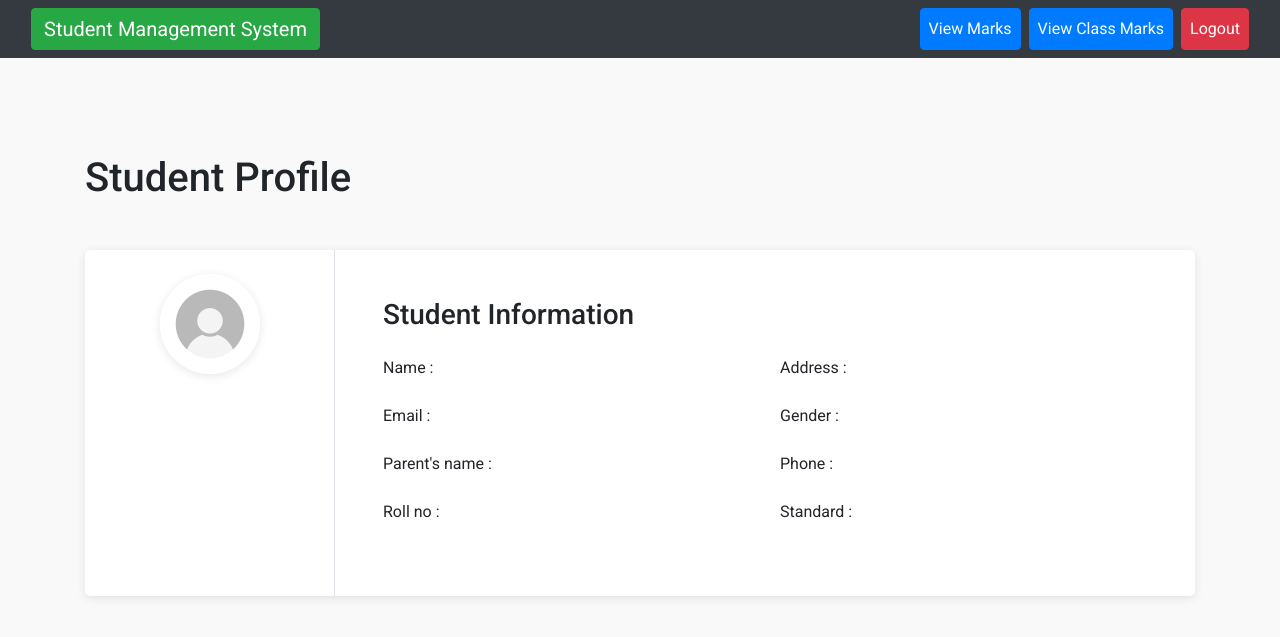
Repository: arupmaji404/StudentManagementSystem
Page: http://localhost/student/studentHome
The author's editor kept a copy of each file at every save. The page is drawn from the files as they stood at one save, then again after the next save.
The browser window is 1280 px wide. The pictures show the whole page.
Some web libraries are served in a nearby version. The page is this project's Thymeleaf template; nobody is signed in. The template is opened directly, without the code that normally fills it, so the values that code supplies are empty.

Above is the page before, as saved 2022-09-21 03:57:00.

### StudentManagementSystem/src/main/resources/templates/student/studentHome.html
<!--
<!DOCTYPE html>
<html lang="en" xmlns:th="http://www.thymeleaf.org">
<head>
<meta charset="ISO-8859-1">
<title>Student Home</title>
<link rel="stylesheet"
    href="https://stackpath.bootstrapcdn.com/bootstrap/4.1.3/css/bootstrap.min.css"
    integrity="sha384-MCw98/SFnGE8fJT3GXwEOngsV7Zt27NXFoaoApmYm81iuXoPkFOJwJ8ERdknLPMO"
    crossorigin="anonymous">
</head>
<body>
<div th:insert="navbar_student :: navbar">  </div>
	<h1>This is student home page</h1>

</body>
</html> -->
<!DOCTYPE html>
<html lang="en" xmlns:th="http://www.thymeleaf.org">
<head>
<meta charset="ISO-8859-1" />
<title>SMS</title>
<link rel="stylesheet"
	href="https://stackpath.bootstrapcdn.com/bootstrap/4.1.3/css/bootstrap.min.css"
	integrity="sha384-MCw98/SFnGE8fJT3GXwEOngsV7Zt27NXFoaoApmYm81iuXoPkFOJwJ8ERdknLPMO"
	crossorigin="anonymous" />
<link rel="stylesheet" type="text/css"
	href="https://stackpath.bootstrapcdn.com/bootstrap/4.3.1/css/bootstrap.min.css">
<link rel="stylesheet"
	href="https://stackpath.bootstrapcdn.com/font-awesome/4.7.0/css/font-awesome.min.css">
<style>
@import
	url("https://fonts.googleapis.com/css?family=Roboto:300,400,500,700&display=swap")
	;

body {
	background: #f9f9f9;
	font-family: "Roboto", sans-serif;
}

.shadow {
	box-shadow: 0 2px 10px rgba(0, 0, 0, 0.1) !important;
}

.profile-tab-nav {
	min-width: 250px;
}

.tab-content {
	flex: 1;
}

.form-group {
	margin-bottom: 1.5rem;
}

.nav-pills a.nav-link {
	padding: 15px 20px;
	border-bottom: 1px solid #ddd;
	border-radius: 0;
	color: #333;
}

.nav-pills a.nav-link i {
	width: 20px;
}

.img-circle img {
	height: 100px;
	width: 100px;
	border-radius: 100%;
	border: 5px solid #fff;
}
</style>
</head>
<body>
	<div th:insert="navbar_student :: navbar"></div>
	<section class="py-5 my-5">
		<div class="container">
			<h1 class="mb-5">Student Profile</h1>
			<div class="bg-white shadow rounded-lg d-block d-sm-flex">
				<div class="profile-tab-nav border-right">
					<div class="p-4">
						<div class="img-circle text-center mb-3">
							<img th:src="@{/img/profileImg.jpg}" alt="Image" class="shadow">
						</div>
						<h4 class="text-center" th:text="${student.name}"></h4>
					</div>

				</div>
				<div class="tab-content p-4 p-md-5" id="v-pills-tabContent">
					<div class="tab-pane fade show active" id="account" role="tabpanel"
						aria-labelledby="account-tab">
						<h3 class="mb-4">Student Information</h3>
						<div class="row">
							<div class="col-md-6">
								<div class="form-group">
									<span>Name : </span> <span th:text="${student.name}">10</span>
								</div>
							</div>
							<div class="col-md-6">
								<div class="form-group">
									<span>Address : </span> <span th:text="${student.address}">10</span>
								</div>
							</div>
							<div class="col-md-6">
								<div class="form-group">
									<span>Email : </span> <span th:text="${student.email}">10</span>
								</div>
							</div>
							<div class="col-md-6">
								<div class="form-group">
									<span>Gender : </span> <span th:text="${student.gender}">10</span>
								</div>
							</div>
							<div class="col-md-6">
								<div class="form-group">
									<span>Parent's name : </span> <span th:text="${student.parent}">10</span>
								</div>
							</div>
							<div class="col-md-6">
								<div class="form-group">
									<span>Phone : </span> <span th:text="${student.phno}">10</span>
								</div>
							</div>
							<div class="col-md-6">
								<div class="form-group">
									<div class="form-group">
										<span>Roll no : </span> <span th:text="${student.roll}">10</span>
									</div>
								</div>
							</div>
							<div class="col-md-6">
								<div class="form-group">
									<span>Standard : </span> <span th:text="${student.standard}">10</span>
								</div>
							</div>


						</div>
					</div>
				</div>
			</div>
		</div>
	</section>
	<script src="https://code.jquery.com/jquery-3.2.1.slim.min.js"></script>
	<script
		src="https://cdnjs.cloudflare.com/ajax/libs/popper.js/1.12.9/umd/popper.min.js"></script>
	<script
		src="https://maxcdn.bootstrapcdn.com/bootstrap/4.0.0/js/bootstrap.min.js"></script>
</body>
</html>

### StudentManagementSystem/src/main/resources/templates/navbar_student.html
<!DOCTYPE html>
<html xmlns:th="http://www.thymeleaf.org">
<head>
    <meta charset="UTF-8">
    <title>Student Navigation Bar</title>

</head>
<body>

<nav th:fragment="navbar" class="navbar navbar-expand-md bg-dark navbar-dark">
    <div class="container-fluid">
        <div class="navbar-header">
            <a class="navbar-brand btn btn-success" th:href="@{/student/studentIndex}">Student Management System</a>
        </div>
        <ul class="nav navbar-nav">
            <li><a class="nav-link btn btn-primary ml-2" th:href="@{/student/view-marks}"  style="color: white">View Marks</a></li>
			<li><a class="nav-link btn btn-primary ml-2" th:href="@{/student/view-class-marks}"  style="color: white">View Class Marks</a></li>
            <li><a class="nav-link btn btn-danger ml-2" th:href="@{/logout}"  style="color: white">Logout</a></li>
		</ul>
    </div>
</nav>

</body>
</html>

After the next save:
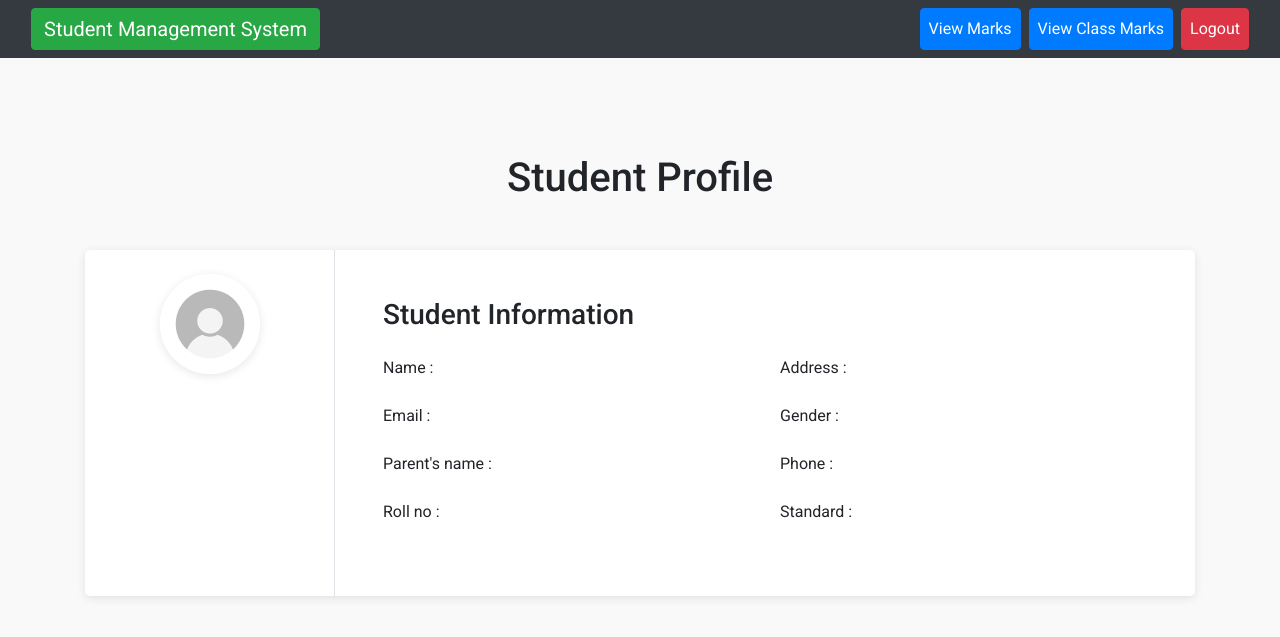
Saved 28 s later.
--- a/StudentManagementSystem/src/main/resources/templates/student/studentHome.html
+++ b/StudentManagementSystem/src/main/resources/templates/student/studentHome.html
@@ -77,7 +77,7 @@ body {
 	<div th:insert="navbar_student :: navbar"></div>
 	<section class="py-5 my-5">
 		<div class="container">
-			<h1 class="mb-5">Student Profile</h1>
+			<h1 class="mb-5 text-center">Student Profile</h1>
 			<div class="bg-white shadow rounded-lg d-block d-sm-flex">
 				<div class="profile-tab-nav border-right">
 					<div class="p-4">
